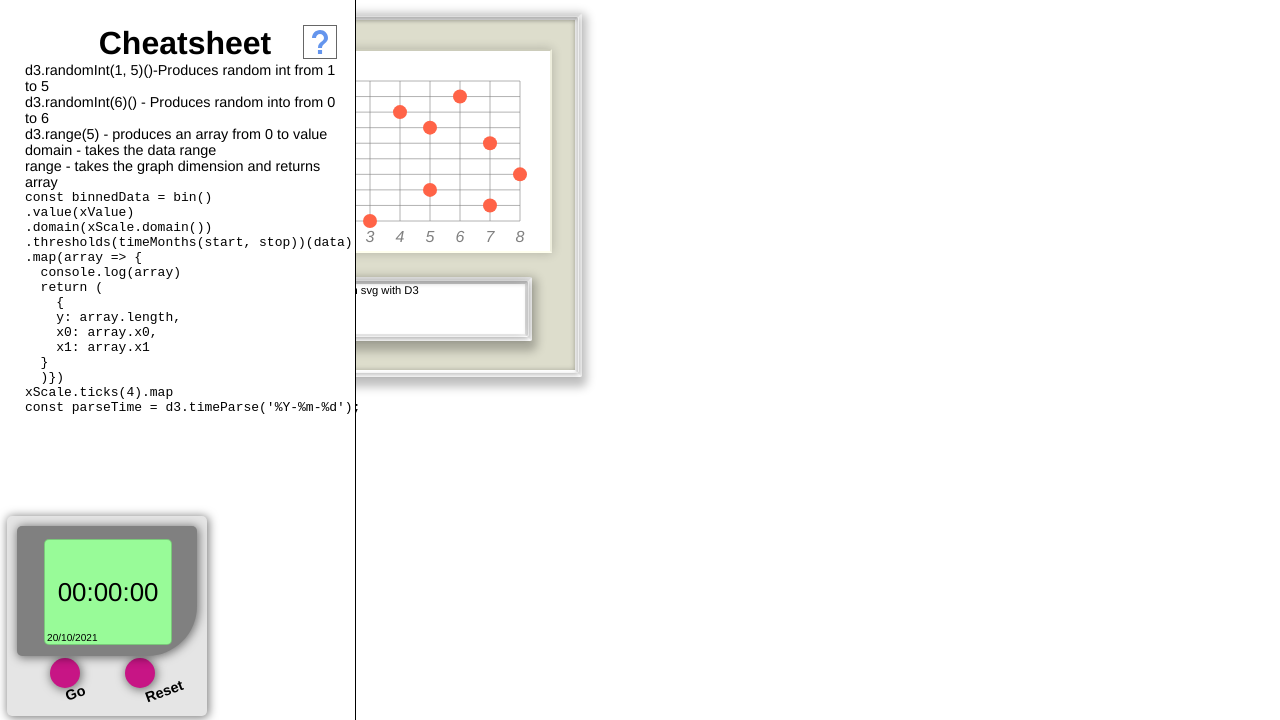
Repository: Lewisjohnward/100-days-of-d3
Page: /
An editor plug-in stored every save of this project. The page is shown before and after the next save, followed by the edit.
The browser window is 1280 px wide. The pictures show the whole page.
The page's requests for data from a server got no answer. An inner scrolling area shows only its first screen. The project was rebuilt for these pictures with package versions that can differ from the ones it lists, and the page was loaded fresh each time. No one was signed in, and anything a server would have sent is missing. Also part of the build but not shown: src/charts/chart2/useGetData.js, src/charts/chart2/styles.js, src/charts/chart2/Chart.js, src/charts/chart3/useGetData.js, src/charts/chart3/styles.js, src/charts/chart3/Chart.js, src/charts/chart4/useGetData.js, src/charts/chart4/styles.js and 4 more.

Above is the page before, as saved 2021-10-20 15:36:28.

### src/App.js
import styled from "styled-components";
import { Chart1, Chart2, Chart3, Chart4, Chart5 } from "./charts/index.js";
import { Hello } from "./components/HelloD3";
import { Navbar } from "./components/Navbar.js";

const BodyContainer = styled.div`
  position: relative;
  z-index: 99;
  display: flex;
  height: ${({ height }) => height}px;
  overflow: hidden;
`;

const ChartGrid = styled.div`
  width: 75%;
  display: grid;
  overflow: scroll;
  grid-template-columns: repeat(3, 400px);
  grid-template-rows: repeat(2, 400px);
  justify-content: center;
  align-items: start;
  align-content: start;
  grid-gap: 0px;
  border-left: 1px solid black;
  padding: 1%;
`;



const height = window.innerHeight;

function App() {
  return (
    <BodyContainer height={height}>
      <Hello />
      <Navbar />
      <ChartGrid>
        <Chart1 />
        <Chart2 />
        <Chart2 />
        <Chart3 />
        <Chart4 />
        <Chart5 />
      </ChartGrid>
    </BodyContainer>
  );
}

export default App;

### src/index.css
*{
    margin: 0;
    padding: 0;
}

body {
    font-family: Helvetica, "Trebuchet MS", Verdana, sans-serif;
}

### src/charts/index.js
export { Test as Chart1} from "./chart1/Chart"
export { Chart as Chart2} from "./chart2/Chart"
export { Chart as Chart3} from "./chart3/Chart"
export { Chart as Chart4} from "./chart4/Chart"
export { Chart as Chart5} from "./chart5/Chart"

### src/components/HelloD3.js
import { useState } from "react";
import styled, { keyframes } from "styled-components";

const letterAnimation = keyframes`
    0% {transform: rotate(0deg);}
    20% {transform: rotate(-45deg);}
    100% {transform: rotate(-45deg);}
`;

const TextContainer = styled.div`
  position: absolute;
  top: 25%;
  display: flex;
  font-size: 10em;

`;

const LetterContainer = styled.div`
  &.fallanimation {
    transition: transform 1s;
    transform: translateY(942px);
  }

  p {
    font-weight: ${({bold}) => bold ? 600: 300};
    &.fallanimation {
      animation: ${letterAnimation} ease-out 1s forwards;
    }
  }
`;

const word = "Hello";
const d3 = "D3"
const d3Array = d3.split("");
const wordArray = word.split("");
const height = window.innerHeight;

export const Hello = () => {
  return (
    <TextContainer>
      {wordArray.map((d) => (
        <Letter letter={d} />
      ))}
      {d3Array.map((d) => (
        <Letter letter={d} bold={true}/>
      ))}
    </TextContainer>
  );
};

const Letter = ({ letter, bold}) => {
  const [visible, setVisible] = useState(true);

  const handleMouseEnter = () => {
    setVisible((prev) => !prev);
  };

  return (
    <LetterContainer className={!visible && "fallanimation"} height={height} bold={bold}>
      <p
        className={!visible && "fallanimation"}
        onMouseEnter={() => handleMouseEnter()}
      >
        {letter}
      </p>
    </LetterContainer>
  );
};

### src/components/Navbar.js
import { useState } from "react";
import styled from "styled-components";
import { TimerComponent as Timer } from "./Timer";
import { IoMdHelp } from "react-icons/io";

const NavContainer = styled.div`
  position: relative;
  height: 100%;
  width: 25%;
  background: white;
  padding: 25px 10px 25px 25px;

  > p {
    font-size: 0.9em;
  }
`;

const Title = styled.div`
  font-size: 2em;
  font-weight: 700;
  text-align: center;
`;

const Icon = styled(IoMdHelp)`
    position: absolute;
    right: 5%;
    top: 5;
    font-size: 2em;
    color: cornflowerblue;
    cursor: pointer;
    border: 1px solid rgba(0, 0, 0, 0.6);
`;

const code = `const binnedData = bin()
.value(xValue)
.domain(xScale.domain())
.thresholds(timeMonths(start, stop))(data)
.map(array => {
  console.log(array)
  return (
    {
    y: array.length,
    x0: array.x0,
    x1: array.x1
  }
  )})`;

export const Navbar = () => {
  const [visible, setVisible] = useState(false);
  return (
    <NavContainer visible={visible}>
      <Icon />
      <Title>Cheatsheet</Title>
      <p>d3.randomInt(1, 5)()-Produces random int from 1 to 5</p>
      <p>d3.randomInt(6)() - Produces random into from 0 to 6</p>
      <p>d3.range(5) - produces an array from 0 to value</p>
      <p>domain - takes the data range</p>
      <p>range - takes the graph dimension and returns array</p>
      <pre>
        <code>{code}</code>
      </pre>
      <pre>
        <code>xScale.ticks(4).map</code>
      </pre>
      <pre>
        <code>const parseTime = d3.timeParse('%Y-%m-%d');</code>
      </pre>
      <Timer />
    </NavContainer>
  );
};

### src/charts/chart1/Chart.js
import { useState } from "react";
import { randomInt, range, scaleLinear, max } from "d3";
import {
  Frame,
  Svg,
  ChartContainer,
  Description,
  DescriptionContainer,
  Signature,
} from "./styles";

const data = range(10).map((d) => ({
  a: randomInt(10)(),
  b: d,
}));

const margin = {
  top: 30,
  right: 30,
  bottom: 30,
  left: 30,
};

const height = 200;
const width = 300;

const AxisTickOffset = 7;

const innerHeight = height - margin.top - margin.bottom;
const innerWidth = width - margin.left - margin.right;

export const Chart = () => {
  const xValue = (d) => d.a;
  const yValue = (d) => d.b;

  const xAxisScale = scaleLinear()
    .domain([0, max(data, xValue)])
    .range([0, innerWidth])
    .nice();

  const yAxisScale = scaleLinear()
    .domain([0, max(data, yValue)])
    .range([innerHeight, 0])
    .nice();

  return (
    <Frame>
      <ChartContainer>
        <Svg height={height} width={width}>
          <g transform={`translate(${margin.left}, ${margin.top})`}>
            {xAxisScale.ticks().map((tickValue) => (
              <g transform={`translate(${xAxisScale(tickValue)}, 0)`}>
                <line y2={innerHeight} stroke="black" />
                <text
                  y={innerHeight + 3 * AxisTickOffset}
                  style={{ textAnchor: "middle" }}
                >
                  {tickValue}
                </text>
              </g>
            ))}

            {yAxisScale.ticks().map((tickValue) => (
              <g transform={`translate(0, ${yAxisScale(tickValue)})`}>
                <line x2={innerWidth} stroke="black" />
                <text
                  x={-AxisTickOffset}
                  dy="0.32em"
                  style={{ textAnchor: "end" }}
                >
                  {tickValue}
                </text>
              </g>
            ))}
            {data.map(({ a, b }) => (
              <Mark x={xAxisScale(a)} y={yAxisScale(b)} r={7} />
            ))}
          </g>
        </Svg>

        <Frame small={"true"}>
          <DescriptionContainer>
            <Description>Scatter graph on svg with D3</Description>
            <Signature>09/10/21 - L Ward</Signature>
          </DescriptionContainer>
        </Frame>
      </ChartContainer>
    </Frame>
  );
};

export const Chart1= () => {
  const xValue = (d) => d.a;
  const yValue = (d) => d.b;

  const xAxisScale = scaleLinear()
    .domain([0, max(data, xValue)])
    .range([0, innerWidth])
    .nice();

  const yAxisScale = scaleLinear()
    .domain([0, max(data, yValue)])
    .range([innerHeight, 0])
    .nice();

  return (
        <Svg height={height} width={width}>
          <g transform={`translate(${margin.left}, ${margin.top})`}>
            {xAxisScale.ticks().map((tickValue) => (
              <g transform={`translate(${xAxisScale(tickValue)}, 0)`}>
                <line y2={innerHeight} stroke="black" />
                <text
                  y={innerHeight + 3 * AxisTickOffset}
                  style={{ textAnchor: "middle" }}
                >
                  {tickValue}
                </text>
              </g>
            ))}

            {yAxisScale.ticks().map((tickValue) => (
              <g transform={`translate(0, ${yAxisScale(tickValue)})`}>
                <line x2={innerWidth} stroke="black" />
                <text
                  x={-AxisTickOffset}
                  dy="0.32em"
                  style={{ textAnchor: "end" }}
                >
                  {tickValue}
                </text>
              </g>
            ))}
            {data.map(({ a, b }) => (
              <Mark x={xAxisScale(a)} y={yAxisScale(b)} r={7} />
            ))}
          </g>
        </Svg>
  );
};

const Mark = ({ x, y, r }) => {
  const [tooltipVisible, setToolTipVisible] = useState(false);

  return (
    <>
    <circle
        cx={x}
        cy={y}
        r={r}
        fill={"black"}
        onMouseEnter={() => setToolTipVisible(!tooltipVisible)}
        onMouseLeave={() => setToolTipVisible(!tooltipVisible)}
      />
      {tooltipVisible && <rect x={x + 10} y={y - 25} height={50} width={50} rx={5} />}

    </>
  );
};

export const Test = () => {
  return (
    <Frame>
    <ChartContainer>
      <Chart1 />
    <Frame small={"true"}>
          <DescriptionContainer>
          <Description>Scatter graph on svg with D3</Description>
            <Signature>09/10/21 - L Ward</Signature>
          </DescriptionContainer>
        </Frame>
      </ChartContainer>
    </Frame>
  )


}

### src/components/Timer.js
import { useState, useEffect } from "react";
import styled, { keyframes } from "styled-components";

const Icon = styled.div`
  position: absolute;
  bottom: 7%;
  left: 2%;
  height: 200px;
  width: 200px;
  padding: 0px;
  margin: 0px;

  color: black;
  overflow: hidden;
  background: rgb(229, 229, 229);
  opacity: 1;
  text-shadow: none;
  font-weight: 300;
  font-size: 0.9em;
  box-shadow: 1px 1px 10px 1px rgba(0, 0, 0, 0.5);
  border-radius: 5px;
`;

const Container = styled.div`
  height: 100%;
  width: 100%;
  display: flex;
  flex-direction: column;
  justify-content: center;
  align-items: center;
`;

const Timer = styled.div`
  position: relative;
  background: gray;
  height: 65%;
  width: 90%;
  border-radius: 5px 5px 50px 5px;
  box-shadow: 1px 1px 10px 1px rgba(0, 0, 0, 0.5);
`;

const TimerContainer = styled.div`
  position: absolute;
  top: 10%;
  left: 15%;
  height: 80%;
  width: 70%;
  display: flex;
  justify-content: center;
  align-items: center;

  background: palegreen;
  border-radius: 5px;
  border: 1px solid rgba(0, 0, 0, 0.2);
  font-size: 1.8em;
`;

const ButtonContainer = styled.div`
  height: 25%;
  width: 80%;
  display: flex;

  flex-direction: row;
  justify-content: space-around;
  align-items: center;
`;

const Start_StopContainer = styled.div`
  display: flex;
  align-items: center;
  justify-content: center;
  background: mediumvioletred;
  width: 30px;
  height: 30px;
  border-radius: 100%;
  box-shadow: 1px 1px 10px 1px rgba(0, 0, 0, 0.5);
  font-size: 1.2em;
  font-weight: 800;
  cursor: pointer;

  &:active {
    transition: transform 0.1s box-shadow 0.1s;
    transform: translateY(10%);
  }
`;

const ButtonDiv = styled.div`
  font-weight: 600;

  p {
    transform: translate(50%, -30%) rotate(-20deg);
  }
`;

const DateContainer = styled.div`
  position: absolute;
  top: 58%;
  left: 20%;
  font-size: 0.7em;
  text-decoration: italic;

  .today {
    right: 0%;
  }
`;

export const TimerComponent = ({ grid }) => {
  const [seconds, setSeconds] = useState(0);
  const [active, setActive] = useState(false);

  useEffect(() => {
    const seconds = parseInt(localStorage.getItem("seconds-d3")) || 0;
    const active = localStorage.getItem("state-d3") || false;
    setActive(active);
    setSeconds(seconds);
  }, []);

  useEffect(() => {
    if (active) {
      setTimeout(() => {
        setSeconds((prev) => prev + 1);
      }, 1000);
    }
    localStorage.setItem("seconds-d3", seconds);
    localStorage.setItem("state-d3", active);
  }, [active, seconds]);

  function secondsToTime(e) {
    var h = Math.floor(e / 3600)
        .toString()
        .padStart(2, "0"),
      m = Math.floor((e % 3600) / 60)
        .toString()
        .padStart(2, "0"),
      s = Math.floor(e % 60)
        .toString()
        .padStart(2, "0");

    return h + ":" + m + ":" + s;
    //return `${h}:${m}:${s}`;
  }

  return (
    <Icon className={`icon`}>
      <Container>
        <Timer>
          <TimerContainer>{secondsToTime(seconds)}</TimerContainer>
        </Timer>
        <DateContainer>20/10/2021</DateContainer>

        <ButtonContainer>
          <ButtonDiv>
            <Start_StopContainer
              onClick={() => {
                if (!active) {
                  setActive(true);
                }
              }}
            />
            <p>Go</p>
          </ButtonDiv>
          {active ? (
            <ButtonDiv>
              <Start_StopContainer onClick={() => setActive(false)} />
              <p>Stop</p>
            </ButtonDiv>
          ) : (
            <ButtonDiv>
              <Start_StopContainer onClick={() => setSeconds(0)} />
              <p>Reset</p>
            </ButtonDiv>
          )}
        </ButtonContainer>
      </Container>
    </Icon>
  );
};

### src/charts/chart1/styles.js
import styled from "styled-components";

export const Frame = styled.div`
  height: ${({ small }) => (small ? "50px" : "350px")};
  width: ${({ small }) => (small ? "250px" : "350px")};
  background-color: #ddc;
  border: solid 1vmin #eee;
  border-bottom-color: #fff;
  border-left-color: #eee;
  border-radius: 2px;
  border-right-color: #eee;
  border-top-color: #ddd;
  box-shadow: 0 0 5px 0 rgba(0, 0, 0, 0.25) inset,
    0 5px 10px 5px rgba(0, 0, 0, 0.25);

  position: relative;
  text-align: center;
  &:before {
    border-radius: 2px;
    bottom: -0.4vmin;
    box-shadow: 0 2px 5px 0 rgba(0, 0, 0, 0.25) inset;
    content: "";
    left: -0.4vmin;
    position: absolute;
    right: -0.4vmin;
    top: -0.4vmin;
  }
  &:after {
    border-radius: 2px;
    bottom: -0.5vmin;
    box-shadow: 0 2px 5px 0 rgba(0, 0, 0, 0.25);
    content: "";
    left: -0.5vmin;
    position: absolute;
    right: -0.5vmin;
    top: -0.5vmin;
  }
`;

export const ChartContainer = styled.div`
position: relative;
z-index: 999;
  display: flex;
  flex-direction: column;
  justify-content: space-around;
  align-items: center;
  height: 100%;
  width: 100%;
  padding: 5% 1%;
  box-sizing: border-box;
`;

export const Svg = styled.svg`
  height: ${({ height }) => height}px;
  width: ${({ width }) => width}px;
  background: white;
  box-shadow: 0px 0px 10px 0px rgba(0, 0, 0, 0.2);
  border: solid 2px;
  border-bottom-color: #ffe;
  border-left-color: #eed;
  border-right-color: #eed;
  border-top-color: #ccb;


  line {
    stroke: gray;
    opacity: 0.6;
  }

  circle {
    fill: tomato;
  }

  text {
    font-style: italic;
    fill: gray;
  }

  rect {
    stroke: tomato;
    fill: white;
  }
`;

export const DescriptionContainer = styled.div`
  box-sizing: border-box;
  display: flex;
  flex-direction: column;
  justify-content: space-between;
  width: 100%;
  height: 100%;
  box-shadow: 0px 0px 10px 0px rgba(0, 0, 0, 0.2);
  background: white;
`;

export const Description = styled.p`
  text-align: left;
  font-size: 0.7em;
`;

export const Signature = styled.p`
  text-align: left;
  font-style: italic;
  font-size: 0.6em;
`;

Loaded but not shown: public/index.html (common file); src/index.js (common file)

After the next save:
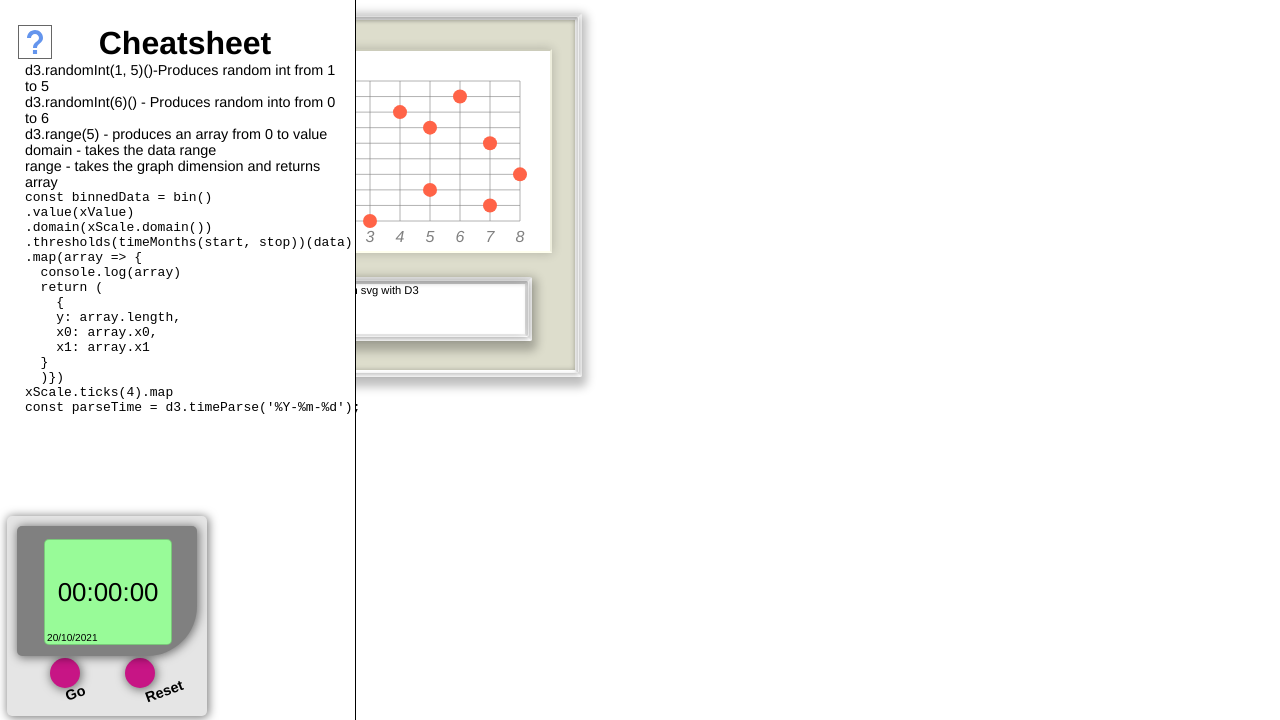
Saved 69 s later.
--- a/src/components/Navbar.js
+++ b/src/components/Navbar.js
@@ -23,7 +23,7 @@ const Title = styled.div`
 
 const Icon = styled(IoMdHelp)`
     position: absolute;
-    right: 5%;
+    left: 5%;
     top: 5;
     font-size: 2em;
     color: cornflowerblue;
